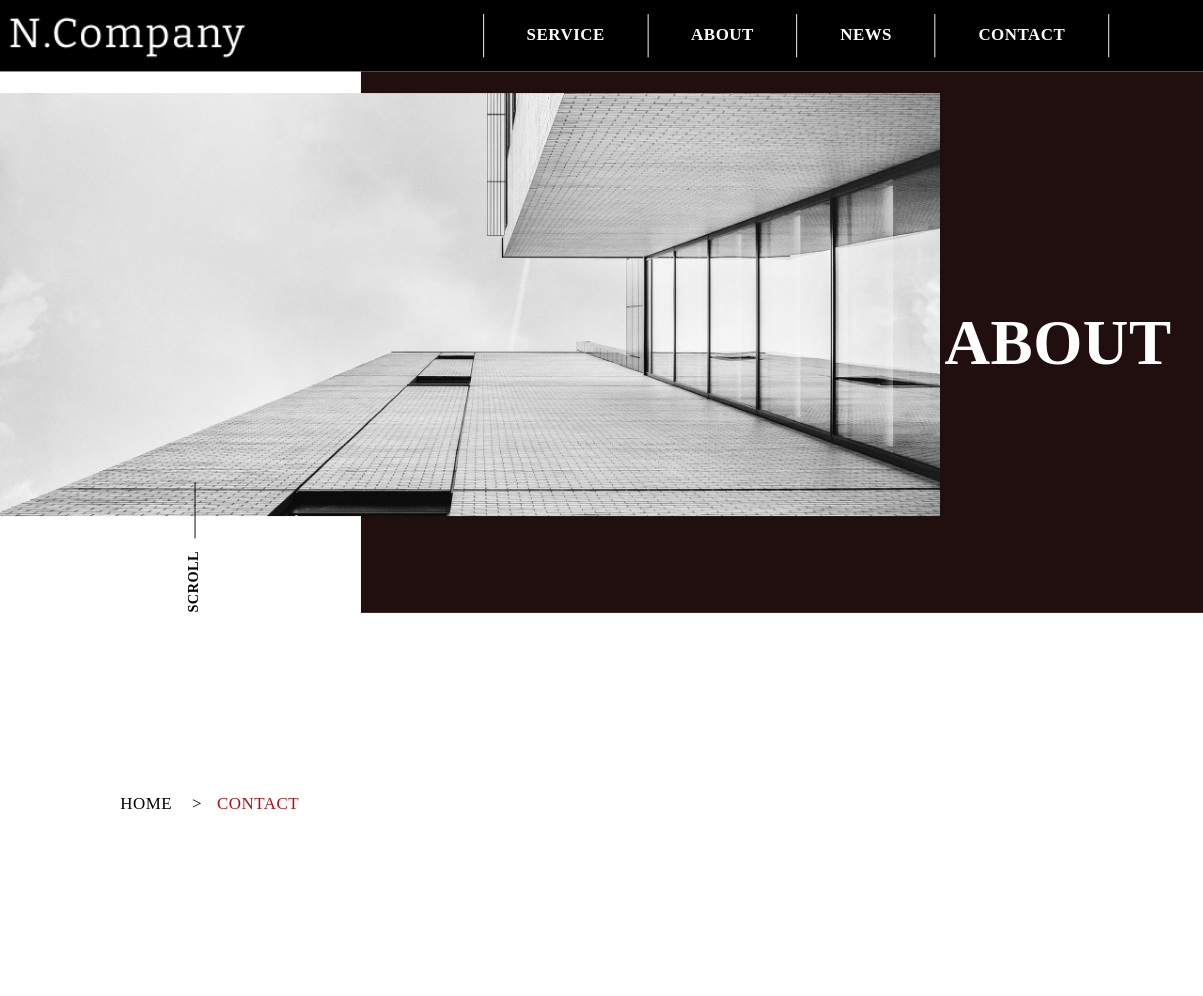
Repository: nozomi-23/hp2_test
Page: html/contact.html
These files come from the project's save history. The page is drawn as it stood at one moment and after the next save; the edit follows.
The browser window is 1280 px wide. The pictures show the whole page, at 94% of full size.
Some web fonts or font styles are not loaded; a fallback is used. Some web libraries are served in a nearby version.

Above is the page before, as saved 2022-06-25 22:02:12.

### html/contact.html
<!DOCTYPE html>
<html lang="ja">

<head>
  <meta charset="UTF-8">
  <title>コンサル事業 N.Company</title>
  <meta name="description" content="専門知識豊富なコンサルタントチームがあらゆる経営課題を解決に導きます。">
  <meta name="keywords" content="コンサル,経営改善,サポート">
  <meta name="viewport" content="width=device-width, initial-scale=1.0">
  <meta property="og:title" content="コンサル事業 N.Company">
  <meta property="og:type" content="article">
  <meta property="og:url" content="https://withcode-plus.tech">
  <meta property="og:image" content="img/logo.png">
  <meta property="og:description" content="専門知識豊富なコンサルタントチームがあらゆる経営課題を解決に導きます。">
  <meta property="og:site_name" content="コンサル事業">
  <link rel="icon" href="favicon.ico">
  <link rel="apple-touch-icon" sizes="180x180" href="img/logo.png">
  <link rel="preconnect" href="https://fonts.googleapis.com">
  <link rel="preconnect" href="https://fonts.gstatic.com" crossorigin>
  <link rel="preconnect" href="https://fonts.googleapis.com">
  <link rel="preconnect" href="https://fonts.gstatic.com" crossorigin>
  <link rel="preconnect" href="https://fonts.googleapis.com">
  <link rel="preconnect" href="https://fonts.gstatic.com" crossorigin>
  <link href="https://fonts.googleapis.com/css2?family=Bitter:wght@300;400&display=swap" rel="stylesheet">
  <link href="https://fonts.googleapis.com/css2?family=Noto+Serif+JP:wght@400;500;700&display=swap" rel="stylesheet">
  <script src="https://kit.fontawesome.com/b17c2acbc6.js" crossorigin="anonymous"></script>
  <link rel="stylesheet" type="text/css" href="../css/reset.css">
  <link rel="stylesheet" type="text/css" href="../css/common1.css">
  <link rel="stylesheet" type="text/css" href="../css/common2.css">
  <link rel="stylesheet" type="text/css" href="../css/service.css">
</head>

<body>
  <!-- ======== header ===== -->
  <header>
    <div class="header_inner">
      <h1 class="header_logo">
        <a href="../index.html"><img src="../img/logo.png" alt="ロゴ画像"></a>
      </h1>
      <nav class="header_nav">
        <ul>
          <li>
            <a href="../html/about.html">SERVICE</a>
          </li>
          <li>
            <a href="#">ABOUT</a>
          </li>
          <li>
            <a href="../html/news.html">NEWS</a>
          </li>
          <li>
            <a href="../html/contact.html">CONTACT</a>
          </li>
        </ul>
      </nav>
    </div>
    <div class="drawer"></div>
  </header>

  <!-- ======== fv ===== -->

  <section class="service_fv">
    <div class="service_fv_wrapper">
      <div class="service_fv_img">
        <img src="../img/service_main.png" alt="メイン画像">
      </div>
      <div class="fv_txt_wrapper_2">
        <span class="top_arrow_txt">SCROLL</span>
      </div>
      <div class="fv_ttl_wrapper">
        <h2 class="service_fv_ttl">ABOUT</h2>
      </div>
    </div>
  </section>

  <!-- ======== パンくずリスト ===== -->

  <section class="breadcrumb section">
    <div class="inner">
      <ul class="breadcrumb_list">
        <li class="breadcrumb_item">
          <a href="../index.html"><span>HOME</span></a>
        </li>
        <li class="breadcrumb_item">
          <a href="../index.html"><span class="color">CONTACT</span></a>
        </li>
      </ul>
    </div>
  </section>

</body>
<script src="https://ajax.googleapis.com/ajax/libs/jquery/3.5.1/jquery.min.js"></script>
<script type="text/javascript" src="js/common.js"></script>

</html>

### css/reset.css
@charset "UTF-8";

html,
body,
div,
span,
object,
iframe,
h1,
h2,
h3,
h4,
h5,
h6,
p,
blockquote,
pre,
abbr,
address,
cite,
code,
del,
dfn,
em,
img,
ins,
kbd,
q,
samp,
small,
strong,
sub,
sup,
var,
b,
i,
dl,
dt,
dd,
ol,
ul,
li,
fieldset,
form,
label,
legend,
table,
caption,
tbody,
tfoot,
thead,
tr,
th,
td,
article,
aside,
canvas,
details,
figcaption,
figure,
footer,
header,
hgroup,
menu,
nav,
section,
summary,
time,
mark,
audio,
video {
  margin: 0;
  padding: 0;
  border: 0;
  outline: 0;
  font-size: 100%;
  vertical-align: baseline;
  background: transparent;
}

body {
  line-height: 1;
}

article,
aside,
details,
figcaption,
figure,
footer,
header,
hgroup,
menu,
nav,
section {
  display: block;
}

nav ul {
  list-style: none;
}

blockquote,
q {
  quotes: none;
}

blockquote:before,
blockquote:after,
q:before,
q:after {
  content: '';
  content: none;
}

a {
  margin: 0;
  padding: 0;
  font-size: 100%;
  vertical-align: baseline;
  background: transparent;
}

/* change colours to suit your needs */
ins {
  background-color: #ff9;
  color: #000;
  text-decoration: none;
}

/* change colours to suit your needs */
mark {
  background-color: #ff9;
  color: #000;
  font-style: italic;
  font-weight: bold;
}

del {
  text-decoration: line-through;
}

abbr[title],
dfn[title] {
  border-bottom: 1px dotted;
  cursor: help;
}

table {
  border-collapse: collapse;
  border-spacing: 0;
}

/* change border colour to suit your needs */
hr {
  display: block;
  height: 1px;
  border: 0;
  border-top: 1px solid #cccccc;
  margin: 1em 0;
  padding: 0;
}

input,
select {
  vertical-align: middle;
}

### css/common1.css
@charset "UTF-8";

body {
  font-size: 18px;
  color: #000;
  letter-spacing: 0.03em;
  font-family: 'Noto Serif JP', serif;
  line-height: 1.3;
}
li {
  list-style: none;
}
a {
  text-decoration: none;
  cursor: pointer;
  color: #000;
}
/* =====================
共通レイアウト
========================*/

.section {
  margin: 15% 0;
  position: relative;
}

.inner {
  width: 80%;
  height: auto;
  margin: 0 auto;
  /* background-color: aqua; */
}

/* =====================
共通パーツ
========================*/

.section_ttl {
  position: relative;
  font-size: 2rem;
  font-weight: bold;
  display: inline-block;
  margin-bottom: 4.5%;
  padding: 1%;
}

.section_ttl::after {
  content: "";
  position: absolute;
  bottom: 0;
  left: 34%;
  display: inline-block;
  width: 3rem;
  border-bottom: 5px solid #A71414;
}

.btn {
  width: 25%;
  margin: 0 auto;
}

.btn a {
  text-align: center;
  color: #fff;
  background: #210E0E;
  font-weight: bold;
  line-height: 4;
  display: block;
  width: 100%;
  height: 100%;
  cursor: pointer;
  transition: all 0.5s;
}

.btn a:hover {
  opacity: 0.8;
  transition: all 0.5s;
}
/* =====================
header
========================*/
header {
  background: #000;
}

.header_inner {
  display: flex;
  justify-content: space-between;
  align-items: center;
  padding: 0.7%;
}

.header_logo {
  width: 20%;
}
.header_logo img {
  width: 100%;
  height: 100%;
}

.header_nav {
  width: 60%;
  height: auto;
}

.header_nav ul {
  display: flex;
  align-items: center;
}

.header_nav ul li {
  padding: 1.5% 6%;
  border-left: solid 1px #fff;
}

.header_nav ul li:last-child {
  border-right: solid 1px #fff;
}

.header_nav ul li a {
  display: block;
  color: #fff;
  font-weight: bold;
}

.header_nav ul li a:hover {
  color: #AB9999;
}

header .drawer {
  visibility: hidden;
}

/* =====================
footer
========================*/

footer {
  background: #000;
  padding: 2%;
  text-align: center;
}

.footer_logo {
  margin: 0 auto;
  width: 15%;
  height: auto;
}

.footer_logo img {
  width: 100%;
  height: 100%;
}

.footer_list {
  width: 70%;
  height: auto;
  display: flex;
  justify-content: center;
  align-items: center;
  margin: 3.5% auto;
}

.footer_list li {
  padding: 1% 6%;
  border-left: solid 1px #fff;
}

.footer_list li:last-child {
  border-right: solid 1px #fff;
}

.footer_list li a {
  color: #fff;
  font-size: 0.95rem;
}

.footer_list li a:hover {
  color: #AB9999;
}

.footer_sns {
  display: flex;
  align-items: center;
  justify-content: center;
  margin: 3% 0;
}

.sns_icon.sns_icon1 {
  margin-right: 2.5%;
}

.sns_icon.sns_icon1,
.sns_icon.sns_icon2 {
  font-size: 2.25rem;
}
.sns_icon a {
  color: #fff;
}

.sns_icon {
  transition: 0.2s;
}

.sns_icon:hover {
  transition: 0.2s;
  transform: translateY(-5px);
}


footer small {
  color: #fff;
  font-size: 0.8rem;
  display: block;
  margin: 1.5% 0;
}

### css/common2.css
@charset "UTF-8";

/* =====================
fv
========================*/
.service_fv_wrapper {
  display: flex;
  position: relative;
}

.service_fv_img {
  position: absolute;
  z-index: 1;
  top: 4%;
  left: 0;
}

.service_fv_img img {
  width: 100%;
  height: 100%;
}

.fv_txt_wrapper_2 {
  position: relative;
  width: 30%;
  height: 80vh;
}

.fv_ttl_wrapper {
  width: 70%;
  height: 80vh;
  background: #210E0E;
  align-items: center;
  display: flex;

}

.service_fv_ttl {
  color: #fff;
  font-weight: bold;
  font-size: 4.2rem;
  margin-left: auto;
  padding-right: 0.5em;
  z-index: 3;
}

.top_arrow_txt {
  position: absolute;
  bottom: 4%;
  left: 45%;
  transform: rotate(270deg);
  font-weight: bold;
  font-size: 0.95rem;
  z-index: 3;
}

.top_arrow_txt::after {
  content: "";
  width: 60px;
  border-bottom: solid 1px;
  display: inline-block;
  position: absolute;
  bottom: 40%;
  left: 120%;
}

/* =====================
パンくずリスト
========================*/
.breadcrumb_list {
  display: flex;
}

.breadcrumb_item::after {
  content: ">";
  padding: 0 1rem;
}

.breadcrumb_item:last-child::after {
  content: "";
}

.breadcrumb_item .color {
  color: #A71414;
}

### css/service.css
@charset "UTF-8";


/* =====================
service_intro
========================*/
.service_tex {
  text-align: center;
}

.service_intro_all {
  margin: 10% 0;
}

.service_txt {
  width: 70%;
  height: auto;
  margin: 0 auto;
  text-align: center;
}

.intro_list {
  display: flex;
  justify-content: space-between;
  flex-wrap: wrap;
}

.intro_item {
  width: 40%;
  height: auto;
}


.intro_item_img img {
  width: 100%;
  height: 100%;
}

Loaded but not shown: js/common.js (no copy from this time; the picture is the same without it)

After the next save:
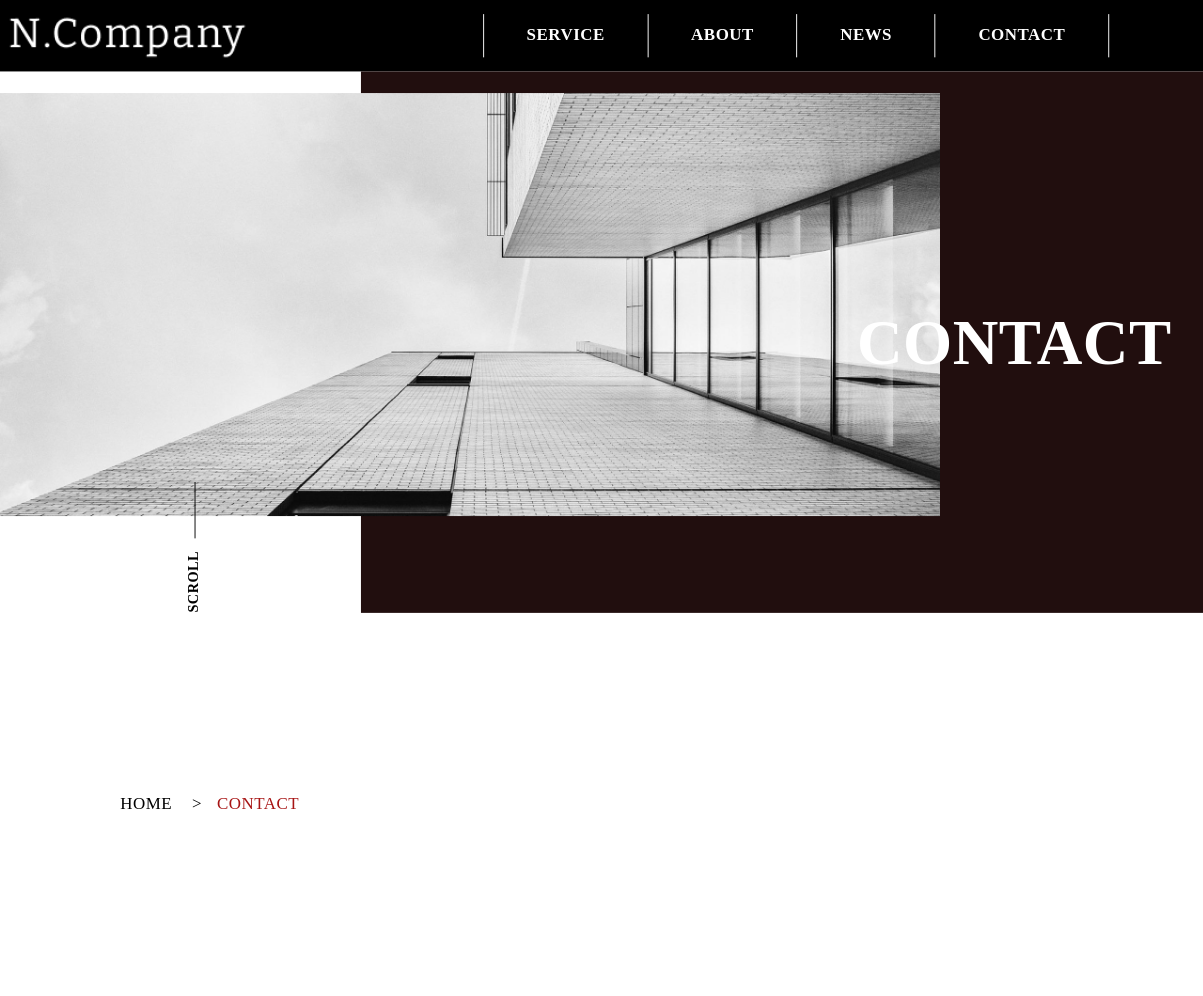
Saved 6 s later.
--- a/html/contact.html
+++ b/html/contact.html
@@ -68,7 +68,7 @@
         <span class="top_arrow_txt">SCROLL</span>
       </div>
       <div class="fv_ttl_wrapper">
-        <h2 class="service_fv_ttl">ABOUT</h2>
+        <h2 class="service_fv_ttl">CONTACT</h2>
       </div>
     </div>
   </section>
